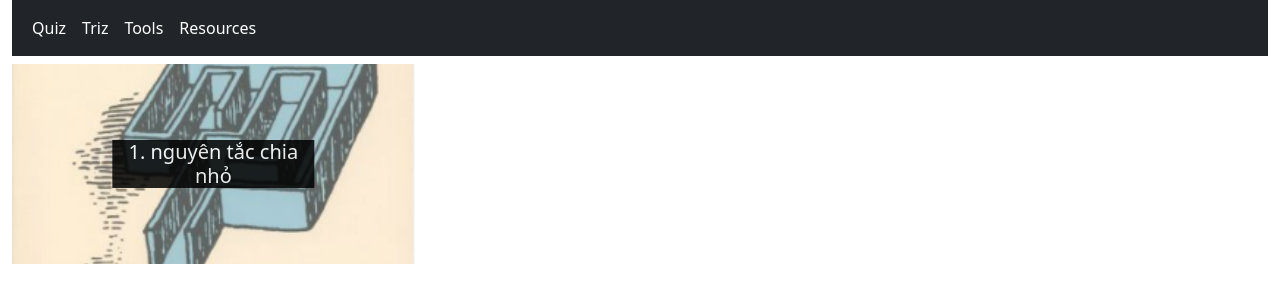
Repository: tran-thien-nhan/quiz_tlln
Page: triz_blog.html
These files come from the project's save history. The page is drawn as it stood at one moment and after the next save; the edit follows.
The browser window is 1280 px wide. The pictures show the whole page.

Above is the page before, as saved 2023-06-26 12:21:10.

After the next save:
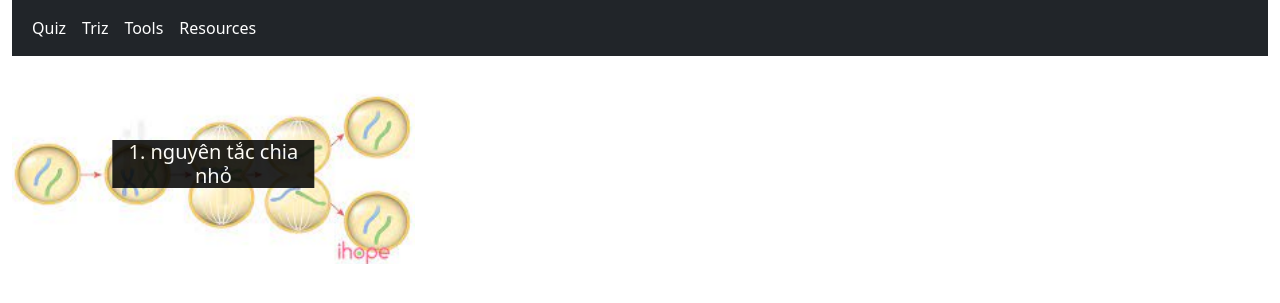
Saved 11 min 38 s later.
--- a/triz_blog.html
+++ b/triz_blog.html
@@ -66,7 +66,7 @@
             <div class="col-md-4">
                 <a href="https://www.notion.so/aptech-ttn/nguy-n-t-c-chia-nh-c8f76dc5162e4cd69038d5a52be76817?pvs=4" target="_blank">
                     <div class="thumbnail-container">
-                        <img src="img/triz/each_img_thumbnail.PNG" class="thumbnail img-fluid" alt="Ảnh 1">
+                        <img src="img/triz/chia_nho.jfif" class="thumbnail img-fluid" alt="Ảnh 1">
                         <h5 class="title">1. nguyên tắc chia nhỏ</h5>
                     </div>
                 </a>
